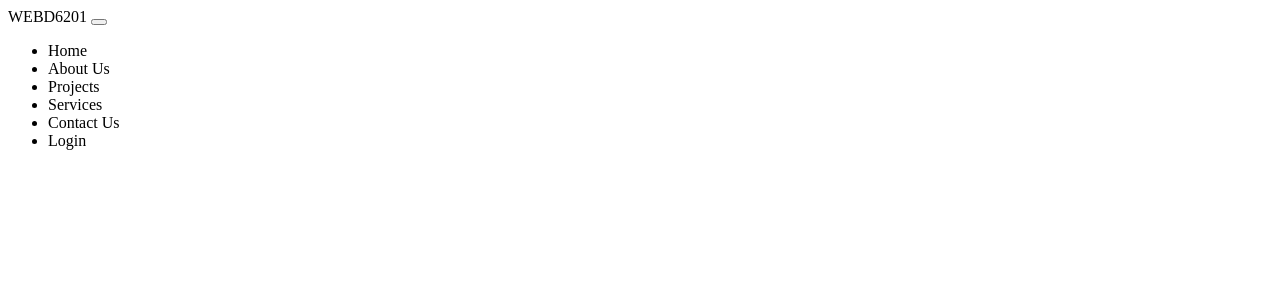
Repository: vans12345678/WEBD6201-W2021-Lab3
Page: Views/components/header.html
The author's editor kept a copy of each file at every save. The page is drawn from the files as they stood at one save, then again after the next save.
The browser window is 1280 px wide. The pictures show the whole page.

Above is the page before, as saved 2021-03-12 16:41:35.

After the next save:
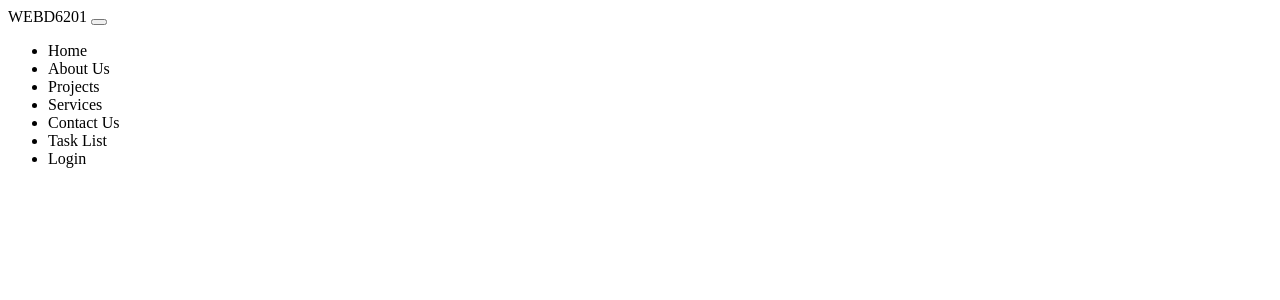
Saved 9 min 41 s later.
--- a/Views/components/header.html
+++ b/Views/components/header.html
@@ -27,6 +27,10 @@
             <a id="contact"  class="nav-link" aria-current="page"><i class="fas fa-phone fa-lg"></i> Contact Us</a>
           </li>
 
+          <li class="nav-item">
+            <a id="task-list"  class="nav-link" aria-current="page"><i class="fas fa-phone fa-lg"></i> Task List</a>
+          </li>
+
           <li id="loginListItem" class="nav-item">
             <a id="login" class="nav-link" aria-current="page"><i class="fas fa-sign-in-alt"></i> Login</a>
           </li>
